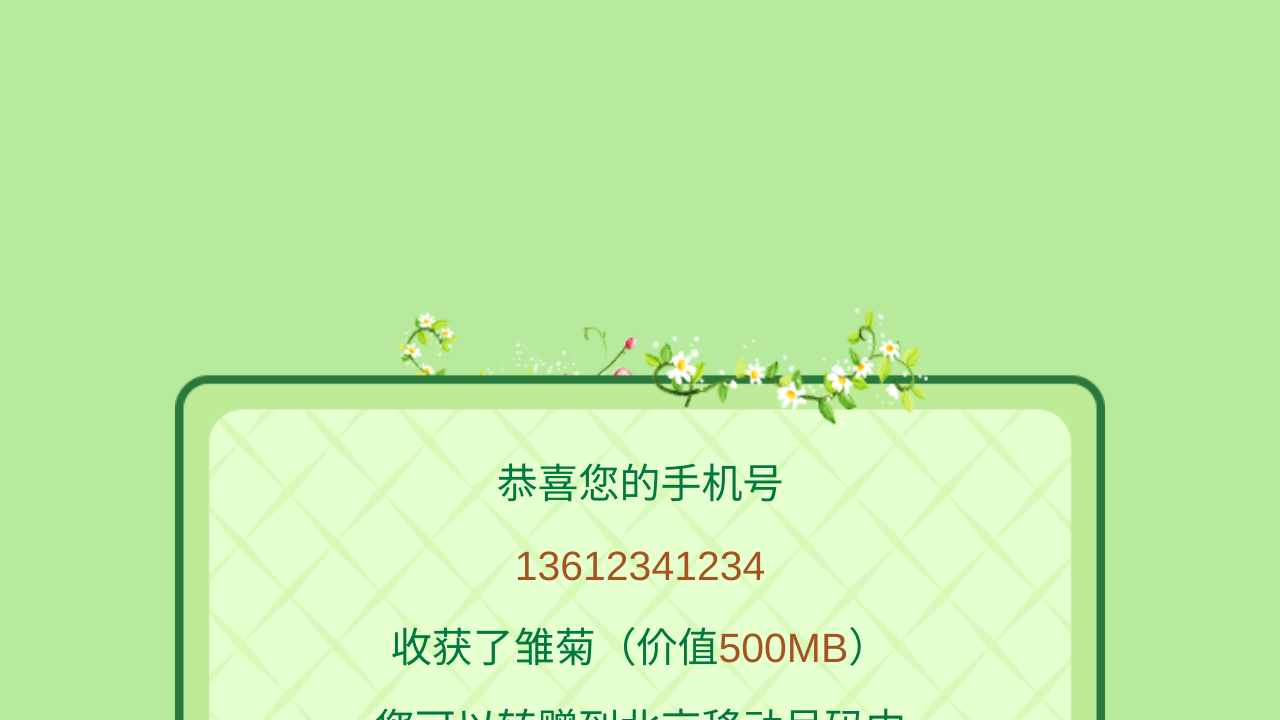
Repository: wangbiaozy/zh
Page: index.html
The author's editor kept a copy of each file at every save. The page is drawn from the files as they stood at one save, then again after the next save.
The browser window is 1280 px wide. The pictures show the whole page.

Above is the page before, as saved 2019-03-18 19:25:34.
Console error: TypeError: Cannot read properties of undefined (reading 'style')

### index.html
<!DOCTYPE html>
<html lang="en">

<head>
    <meta charset="UTF-8">
    <meta name="viewport" content="width=device-width, initial-scale=1.0, maximum-scale=1.0, minimum-scale=1.0, user-scalable=no, viewport-fit=cover">
    <meta http-equiv="X-UA-Compatible" content="ie=edge">
    <title>北京移动</title>
    <link rel="stylesheet" href="css/reset.min.css">
    <link rel="stylesheet/less" href="css/styles.less">
    <script src="js/less-1.7.0.min.js"></script>
    <script src="js/jquery-1.10.1.min.js"></script>
    <script src="js/imgLoader.js"></script>
    <script>
        imgLoader([
            'images/banner.png',
            'images/bdsjh.png',
            'images/bg_01.png',
            'images/bg_02.png',
            'images/btn_cj.png',
            'images/btn_cjhd.png',
            'images/btn_dhff.png',
            'images/btn_dl.png',
            'images/btn_fshy.png',
            'images/btn_lj.png',
            'images/btn_qd.png',
            'images/btn_qdl.png',
            'images/btn_qr.png',
            'images/btn_qx.png',
            'images/btn_xg.png',
            'images/btn_zz.png',
            'images/c1.png',
            'images/c2.png',
            'images/c3.png',
            'images/c4.png',
            'images/c5.png',
            'images/card_1.png',
            'images/card_2.png',
            'images/card_3.png',
            'images/card_4.png',
            'images/card_5.png',
            'images/card.png',
            'images/close.png',
            'images/default.jpg',
            'images/erweima.png',
            'images/fire.gif',
            'images/fri_bg_01.png',
            'images/fri_bg_02.png',
            'images/fri_bg_03.png',
            'images/gongxi.png',
            'images/guang1.png',
            'images/guang2.png',
            'images/hdgz.png',
            'images/home_bg_01.png',
            'images/home_bg_02.png',
            'images/home_bg_03.png',
            'images/hyzl.png',
            'images/longjiao.png',
            'images/longshen.png',
            'images/longtou.png',
            'images/longwei.png',
            'images/longzhu.png',
            'images/longzhua.png',
            'images/rule_btn.png',
            'images/share.png',
            'images/sjhm.png',
            'images/start_btn.png',
            'images/submit.png',
            'images/tc_1_text.png',
            'images/tc_bg.png',
            'images/tc_card.png',
            'images/tc_title_1.png',
            'images/tc_title_2.png',
            'images/tc_title_3.png',
            'images/xxqr.png',
            'images/yun_1.png',
            'images/yun_2.png',
            'images/yun_3.png',
            'images/yun.png',
            'images/yzm.png'
        ], function (percentage) {
            var percentT = percentage * 100;
            $('.loader_info').html('Loading ' + (parseInt(percentT)) + '%');
            $('.loader_progress')[0].style.width = percentT + '%';
            if (percentage == 1) {
                /* $('.loader').remove();
                $('.home').show(); */
            }
        });
    </script>
</head>
<body>
    <!--loading-->
    <!-- <section class="loader">
        <div class="loader_info"></div>
        <div>
            <div class="loader_progress"></div>
        </div>
    </section> -->
    <!-- 首页 -->
    <section id="home" class="home">
        <div>
            <a href="javascript: void(0)" class="rule-btn"></a>
        </div>
        <div>
            <div></div>
        </div>
        <div>
            <a href="javascript: void(0)" id="start-btn"></a>
            <div>
                <p id="countDown"><i>倒计时：</i><span>7</span>天<span>00</span>时<span>00</span>分<span>00</span>秒</p>
            </div>
            <p>4月8日-4月14日&nbsp;&nbsp;&nbsp;&nbsp;活动将于4月14日结束，务必到期前领取</p>
        </div>
    </section>
    <!-- 活动规则页 -->
    <section id="rule" class="rule">
        <div>
            <div></div>
            <div>
                <ul>
                    <li>
                        <h3>一 活动时间：</h3>
                        <p>即日起——4月14日</p>
                        <h3>二 活动介绍：</h3>
                        <p>活动期间，用户通过北京移动微信公众号，可参与“天天种花得流量”活动。用户每天可获得一颗种子，通过添加物料（水、阳光、肥料），完成种植，收获花朵并获得对应流量奖品。</p>
                        <p>获取物料方法：</p>
                        <p>1、用户首次参与活动可领取水、阳光、肥料各1份。</p>
                        <p>2、分享活动给好友，邀请其助力赠送，可获得更多物料。（好友助力次数不限，但为同一用户仅可助力一次。）</p>
                        <h3>三 奖品规则：</h3>
                        <p>活动奖品包含：100MB、200MB、500MB、1GB、2GB、3GB全国流量，及部分免费业务体验资格、优惠业务办理资格。</p>
                        <p>（一）流量奖品</p>
                        <p>1.流量档位包括100MB、200MB、500MB、1GB、2GB、3GB全国流量；</p>
                        <p>2.奖品将于领取后15日内，自动充入用户的微信关注绑定手机号，流量自充入日起生效，有效期至本月月末；</p>
                        <p>3.活动赠送套外国内流量，优先级低于主套餐、可选包、短促包、定向流量包等，赠送流量无法共享，不可结转；</p>
                        <p>4.处于保留期、保号期、挂失、申停、欠停、转品牌过渡期的手机号；物联网卡、4G超级日租卡套餐、神州行开心听、语音套餐卡、神州行B标准资费基本策划等特殊资费用户无法领取赠送流量；</p>
                        <p>5.赠送流量每月仅可领取100次，超出上限不可领取；</p>
                        <p>6.北京移动用户抽中流量奖品后，自动充入关注绑定账户。非北京移动用户抽中流量奖品后可以转赠给北京移动手机号码。</p>
                        <p>（二）其它奖品</p>
                        <p>规则详见各奖品办理页面</p>
                        <p>温馨提示：</p>
                        <p>1、活动将于4月14日结束，请您务必于活动结束前完成领奖，逾期视为自动放弃奖品。</p>
                        <p>2、活动页面内可手动关闭活动提醒。如不关闭，默认每天发放服务通知，提醒用户活动状态已更新。</p>
                    </li>
                </ul>
                <a href="javascript:void(0)">确定</a>
            </div>
        </div>
        <div></div>
    </section>
    <!-- 主页 -->
    <section id="main" class="main">
        <div>
            <a href="javascript:void(0)" class="rule-btn"></a>
            <a href="javascript:void(0)" class="method-btn"></a>
            <div>
                <a href="javascript:void(0)"></a>
                <p>活动通知</p>
            </div>
        </div>
        <div>
            <div></div>
        </div>
        <div>
            <ul>
                <li>
                    <span>3</span>
                </li>
                <li>
                    <span>3</span>
                </li>
                <li>
                    <span>3</span>
                </li>
            </ul>
            <ul>
                <li>奖励花园</li>
                <li>获取能量</li>
            </ul>
        </div>
        <div>
            <h3></h3>
            <ul>
                <p>您还没有好友给您助力哦~</p>
                <!-- <li>
                    <div>
                        <img src="./images/fri_default.png" alt="">
                    </div>
                    <p>胖子胖子胖子胖子</p>
                    <p>帮忙增加了<span>肥料</span></p>
                    <p>3月1日</p>
                </li> -->
            </ul>
        </div>
    </section>
    <!-- 玩法锦囊页 -->
    <section id="method" class="method">
        <div></div>
        <div></div>
        <div></div>
        <div></div>
        <div></div>
        <a href="javascript: void(0)">确定</a>
    </section>
    <!-- 我的奖励花园页 -->
    <section id="gift" class="gift">
        <div>
            <div>
                <div></div>
                <ul>
                    <li>
                        <img src="./images/flower_0.png" alt="">
                        <a href="javascript: void(0)"></a>
                    </li>
                    <li>
                        <img src="./images/flower_0.png" alt="">
                        <a href="javascript: void(0)"></a>
                    </li>
                    <li>
                        <img src="./images/flower_0.png" alt="">
                        <a href="javascript: void(0)"></a>
                    </li>
                    <li>
                        <img src="./images/flower_0.png" alt="">
                        <a href="javascript: void(0)"></a>
                    </li>
                    <li>
                        <img src="./images/flower_0.png" alt="">
                        <a href="javascript: void(0)"></a>
                    </li>
                    <li>
                        <img src="./images/flower_0.png" alt="">
                        <a href="javascript: void(0)"></a>
                    </li>
                    <li>
                        <img src="./images/flower_0.png" alt="">
                        <a href="javascript: void(0)"></a>
                    </li>
                </ul>
                <div></div>
                <a href="javascript: void(0)">返回</a>
            </div>
        </div>
        <div></div>
    </section>
    <!-- 二维码页 -->
    <section id="code" class="code">
        <div>
            <div>
                <div>
                    <p>亲爱的用户<br>天天种花得流量活动邀你参加<br>天天有惊喜哦~</p>
                </div>
                <div>
                    <div>
                        <img src="./images/erweima.jpg" alt="">
                    </div>
                </div>
            </div>
        </div>
        <div></div>
    </section>
    <!-- 添加物料弹窗 -->
    <section class="model addModel message-model">
        <div>
            <p>您已成功为种子<br><span>添加了阳光</span><br>种子已进入<span>成熟</span>期<br>快来看看吧</p>
        </div>
        <a href="javascript: void(0)">确定</a>
    </section>
    <!-- 发送好友弹窗 -->
    <section class="model to-friend message-model">
        <div>
            <p>您需要积攒能量<br>才能种出神秘花朵<br>还有抽大奖的机会哦<br>快请好友帮忙吧</p>
        </div>
        <a href="javascript:void(0)">发送好友</a>
    </section>
    <!-- 开始 种子弹窗 -->
    <section class="model tc-0">
        <div>
            <p>恭喜您已经播种了<br>一颗神秘种子<br>快去养育TA～</p>
            <div></div>
            <p>看看可以收获什么花吧！！</p>
            <p>送您阳光、水壶、肥料各一份</p>
        </div>
        <a href="javascript:void(0)">确定</a>
    </section>
    <!-- 本网获得流量弹窗 -->
    <section class="model tc-1">
        <div>
            <p>恭喜您的手机号</p>
            <p>15910943650</p>
            <p>收货了<span>雏菊</span>（价值<span>500MB</span>）</p>
            <img src="./images/flower_tc_1.png" alt="">
            <p>流量将于7日内到账</p>
            <p>有效期至本月月末</p>
            <a href=""></a>
        </div>
        <a href="javascript:void(0)">确定</a>
    </section>
    <!-- 异网流量弹窗 1-->
    <section class="model tc-2">
        <div>
            <p>恭喜您的手机号</p>
            <p>13612341234</p>
            <p>收获了<span>雏菊</span>（价值<span>500MB</span>）</p>
            <img src="./images/flower_tc_1.png" alt="">
            <p>您可以转赠到北京移动号码内</p>
            <p>（流量仅可在活动期间内进行转赠）</p>
        </div>
        <div>
            <a href="javascript:void(0)">取消</a>
            <a href="javascript:void(0)">转赠</a>
        </div>
    </section>
    <!-- 异网流量弹窗 2 -->
    <section class="model tc-3">
        <div>
            <p>请输入好友北京移动手机号码</p>
            <div>
                <p>手机号码</p>
                <input id="inputTel" type="number" pattern="[0-9]*" oninput="if(value.length>11)value=value.slice(0,11)">
            </div>
            <p>（流量仅可在活动期间进行转赠）</p>
        </div>
        <a href="javascript:void(0)">确定</a>
    </section>
     <!-- 异网流量弹窗 3 -->
    <section class="model tc-4">
        <div>
            <p>恭喜您的手机号</p>
            <p>13612341234</p>
            <p>收获了<span>雏菊</span>（价值<span>500MB</span>）</p>
            <p>您可以转赠到北京移动号码内</p>
            <p>（流量仅可在活动期间内进行转赠）</p>
        </div>
        <div>
            <a href="javascript:void(0)">取消</a>
            <a href="javascript:void(0)">转赠</a>
        </div>
    </section>
    <!-- 分享浮层 -->
    <section class="share">
        <div>
            <span></span>
        </div>
    </section>
    <!-- 遮罩层 -->
    <section class="mask" id="mask"></section>
</body>
</html>
<script src="js/index.js"></script>

### css/reset.min.css
@charset "utf-8";
/*默认样式清除和初始化*/
body,h1,h2,h3,h4,h5,h6,hr,p,blockquote,dl,dt,dd,ul,ol,li,button,input,textarea,th,td{margin:0;padding:0}body{font-size:12px;font-style:normal;font-family:"\5FAE\8F6F\96C5\9ED1",Helvetica,sans-serif}small{font-size:12px}h1{font-size:18px}h2{font-size:16px}h3{font-size:14px}h4,h5,h6{font-size:100%}ul,ol{list-style:none}a{text-decoration:none;background-color:transparent}a:hover,a:active{outline-width:0;text-decoration:none}table{border-collapse:collapse;border-spacing:0}hr{border:0;height:1px}img{border-style:none}img:not([src]){display:none}svg:not(:root){overflow:hidden}html{-webkit-touch-callout:none;-webkit-text-size-adjust:100%}input,textarea,button,a{-webkit-tap-highlight-color:rgba(0,0,0,0)}article,aside,details,figcaption,figure,footer,header,main,menu,nav,section,summary{display:block}audio,canvas,progress,video{display:inline-block}audio:not([controls]),video:not([controls]){display:none;height:0}progress{vertical-align:baseline}mark{background-color:#ff0;color:#000}sub,sup{position:relative;font-size:75%;line-height:0;vertical-align:baseline}sub{bottom:-0.25em}sup{top:-0.5em}button,input,select,textarea{font-size:100%;outline:0}button,input{overflow:visible}button,select{text-transform:none}textarea{overflow:auto}button,html [type="button"],[type="reset"],[type="submit"]{-webkit-appearance:button}button::-moz-focus-inner,[type="button"]::-moz-focus-inner,[type="reset"]::-moz-focus-inner,[type="submit"]::-moz-focus-inner{border-style:none;padding:0}button:-moz-focusring,[type="button"]:-moz-focusring,[type="reset"]:-moz-focusring,[type="submit"]:-moz-focusring{outline:1px dotted ButtonText}[type="checkbox"],[type="radio"]{box-sizing:border-box;padding:0}[type="number"]::-webkit-inner-spin-button,[type="number"]::-webkit-outer-spin-button{height:auto}[type="search"]{-webkit-appearance:textfield;outline-offset:-2px}[type="search"]::-webkit-search-cancel-button,[type="search"]::-webkit-search-decoration{-webkit-appearance:none}::-webkit-input-placeholder{color:inherit;opacity:.54}::-webkit-file-upload-button{-webkit-appearance:button;font:inherit}.clear:after{display:block;height:0;content:"";clear:both}
*{ -webkit-tap-highlight-color: rgba(0,0,0,0);-webkit-tap-highlight-color: transparent; /* For some Androids */ }

### js/imgLoader.js
/**
 * Created by wangbiaozy on 2017/12/11.
 */
(function () {
    function isArray(obj) {
        return Object.prototype.toString.call(obj) === '[object Array]';
    }

    /**
     * @param imgList 要加载的图片地址列表，['aa/asd.png','aa/xxx.png']
     * @param callback 每成功加载一个图片之后的回调，并传入“已加载的图片总数/要加载的图片总数”表示进度
     * @param timeout 每个图片加载的超时时间，默认为5s
     */
    var loader = function (imgList, callback, timeout) {
        timeout = timeout || 5000;
        imgList = isArray(imgList) && imgList || [];
        callback = typeof(callback) === 'function' && callback;

        var total = imgList.length,
            loaded = 0,
            imgages = [],
            _on = function () {
                loaded < total && (++loaded, callback && callback(loaded / total));
            };

        if (!total) {
            return callback && callback(1);
        }

        for (var i = 0; i < total; i++) {
            imgages[i] = new Image();
            imgages[i].onload = imgages[i].onerror = _on;
            imgages[i].src = imgList[i];
        }

        /**
         * 如果timeout * total时间范围内，仍有图片未加载出来（判断条件是loaded < total），通知外部环境所有图片均已加载
         * 目的是避免用户等待时间过长
         */
        setTimeout(function () {
            loaded < total && (loaded = total, callback && callback(loaded / total));
        }, timeout * total);

    };

    "function" === typeof define && define.cmd ? define(function () {
        return loader
    }) : window.imgLoader = loader;
})();

Loaded but not shown: js/less-1.7.0.min.js (library); js/jquery-1.10.1.min.js (library); js/index.js (497 lines, source omitted)

After the next save:
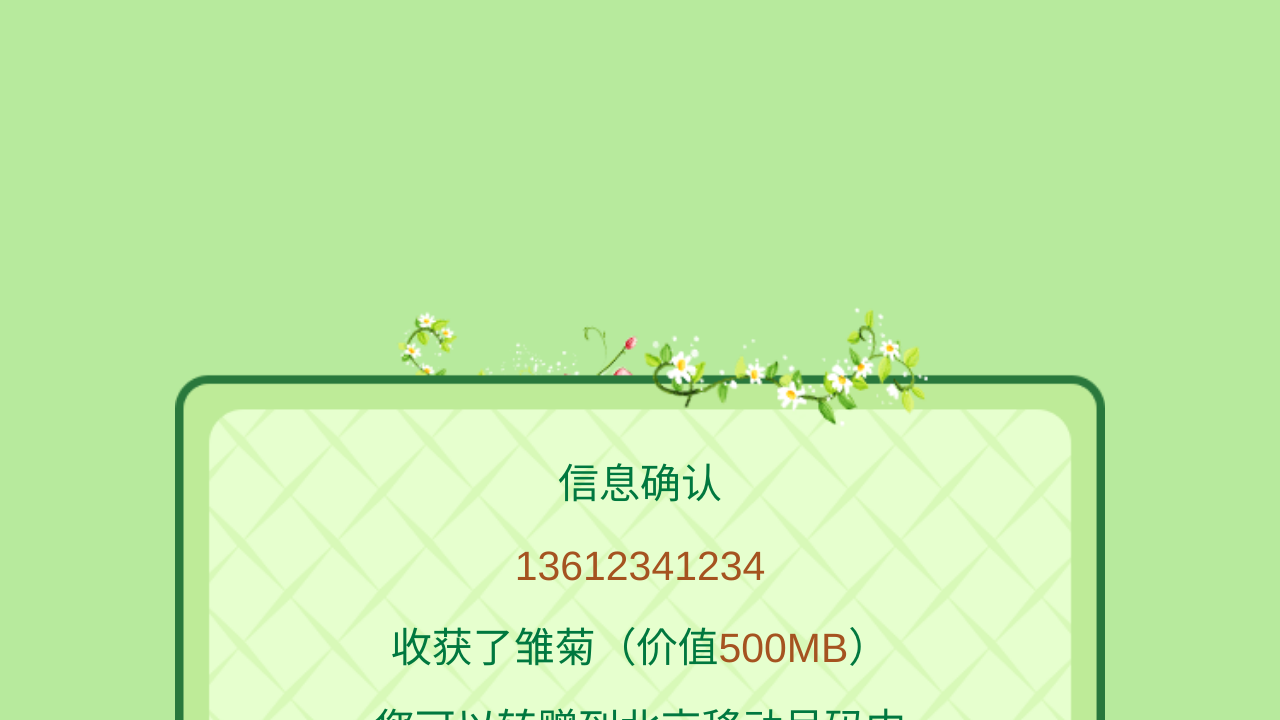
Saved 18 s later.
--- a/index.html
+++ b/index.html
@@ -326,7 +326,7 @@
      <!-- 异网流量弹窗 3 -->
     <section class="model tc-4">
         <div>
-            <p>恭喜您的手机号</p>
+            <p>信息确认</p>
             <p>13612341234</p>
             <p>收获了<span>雏菊</span>（价值<span>500MB</span>）</p>
             <p>您可以转赠到北京移动号码内</p>
